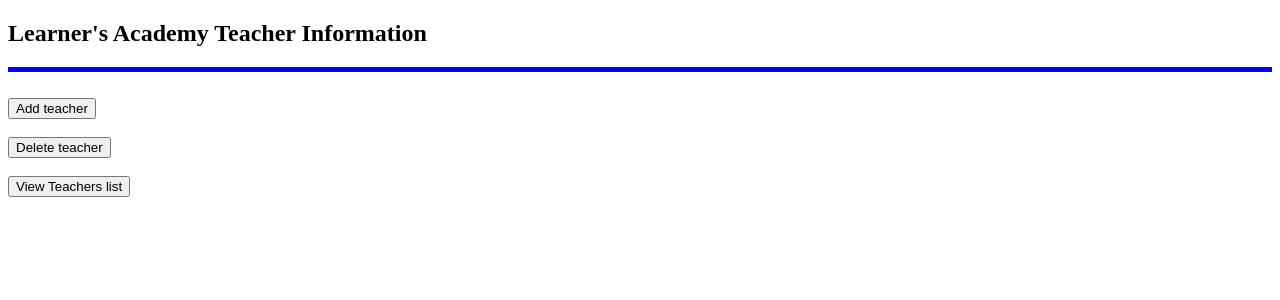
Repository: anithagnana123/Simplilearn_Phase2_project
Page: phase2-project/src/main/webapp/teacher.html
The author's editor kept a copy of each file at every save. The page is drawn from the files as they stood at one save, then again after the next save.
The browser window is 1280 px wide. The pictures show the whole page.

Above is the page before, as saved 2022-10-20 09:06:49.

After the next save:
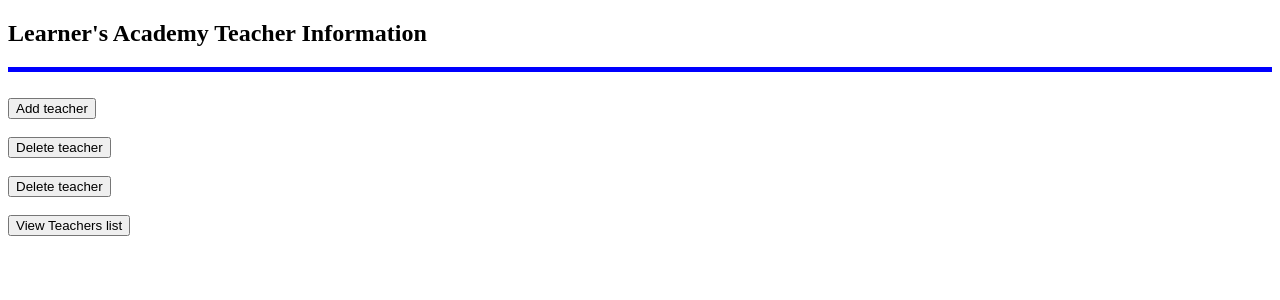
Saved 3 min 37 s later.
--- a/phase2-project/src/main/webapp/teacher.html
+++ b/phase2-project/src/main/webapp/teacher.html
@@ -12,6 +12,10 @@
     <br> <input type='submit' value='Add teacher'/>
 </form>
 
+<form method="get" action="/phase2-project/updateteacher">
+    <br> <input type='submit' value='Delete teacher'/>
+</form>
+
 <form method="get" action="/phase2-project/deleteteacher">
     <br> <input type='submit' value='Delete teacher'/>
 </form>
